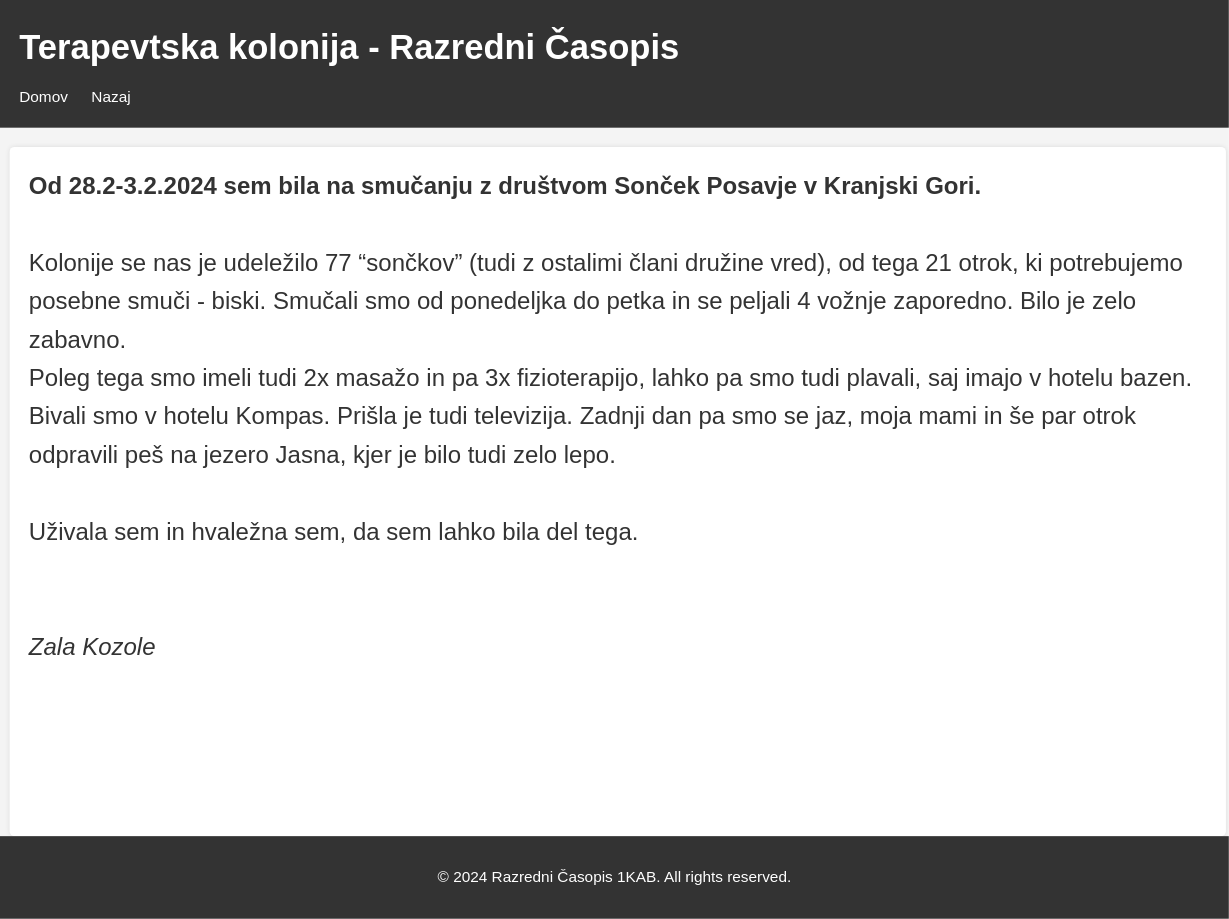
Repository: razrednicasopis/razrednicasopis.github.io
Page: Resources/terapevtskakolonija.html
The author's editor kept a copy of each file at every save. The page is drawn from the files as they stood at one save, then again after the next save.
The browser window is 1280 px wide. The pictures show the whole page, at 96% of full size.

Above is the page before, as saved 2024-03-12 12:52:59.
Console error: TypeError: Cannot read properties of null (reading 'addEventListener')

### Resources/terapevtskakolonija.html
<!DOCTYPE html>
<html lang="en">
<head>
    <meta charset="UTF-8">
    <meta name="viewport" content="width=device-width, initial-scale=1.0">
    <title>Terapevtska kolonija - Razredni Časopis</title>
    <link rel="stylesheet" href="system.css">
    <link rel="stylesheet" href="styless.css">
</head>
<body>

    <div class="blur-container">
    <header>
        <h1>Terapevtska kolonija - Razredni Časopis</h1>
        <nav>
          <ul>
            <li><a href="index.html">Domov</a></li>
            <li><a href="februar2024.html">Nazaj</a></li>
          </ul>
        </nav>
      </header>

<div class="člankimargin">
    <article>
        <div class="člankitext">
        <b>Od 28.2-3.2.2024 sem bila na smučanju z društvom Sonček Posavje v Kranjski Gori. </b><br><br>
Kolonije se nas je udeležilo 77 “sončkov” (tudi z ostalimi člani družine vred), od tega 21
otrok, ki potrebujemo posebne smuči - biski. Smučali smo od ponedeljka do petka in se
peljali 4 vožnje zaporedno. Bilo je zelo zabavno. <br>
Poleg tega smo imeli tudi 2x masažo in pa
3x fizioterapijo, lahko pa smo tudi plavali, saj imajo v hotelu bazen. <br>
Bivali smo v hotelu Kompas. Prišla je tudi televizija. Zadnji dan pa smo se jaz, moja mami in še par otrok
odpravili peš na jezero Jasna, kjer je bilo tudi zelo lepo. <br><br>
Uživala sem in hvaležna sem, da sem lahko bila del tega. <br><br><br>
            <i>Zala Kozole</i>
        </div>
    </article>
</div>


<footer>
    <p>&copy; 2024 Razredni Časopis 1KAB. All rights reserved.
    </footer>
</div>

<!--Pop-ups and other HTML code-->
<div id="maintenancePopup">
    <div id="maintenancePopupContent">
      <h1>POVEZAVA IZGUBLJENA</h1>
      <p>Povezava z strežnikom izgubljena zaradi vzdrževanja strani. Prosimo osvežite stran.</p>
      <button id="closeMaintenancePopupBtn">Osveži</button>
    </div>
  </div>

<script src="alerts.js"></script>
<script src="maintenancemode.js"></script>
</body>
</html>

### Resources/system.css
/* Koda za "Coming Soon" pop-up */

#popupContainer {
    display: none;
    position: fixed;
    top: 50%;
    left: 50%;
    transform: translate(-50%, -50%);
    background-color: #ffffff;
    box-shadow: 0 4px 8px rgba(0, 0, 0, 0.1);
    padding: 20px;
    border-radius: 10px;
    text-align: center;
    z-index: top;
  }

  #popupContent {
    max-width: 400px;
    margin: 0 auto;
  }

  #closePopupBtn {
    background-color: #3498db;
    color: #ffffff;
    padding: 10px 15px;
    border: none;
    border-radius: 5px;
    cursor: pointer;
  }

  #closePopupBtn:hover {
      background-color: #4da8e1;
  }

  #showPopupLink {
    display: inline-block;
    padding: 10px 15px;
    color: #ffffff;
    text-decoration: none;
    border-radius: 5px;
    cursor: pointer;
  }

body.popup-open {
   overflow: hidden;
}

.popup-open .blur-container {
  filter: blur(5px); /* Apply blur effect only when popup is open */
  pointer-events: none;
}

#maintenancePopup {
  display: none;
  position: fixed;
  top: 50%;
  left: 50%;
  transform: translate(-50%, -50%);
  background-color: #ffffff;
  box-shadow: 0 4px 8px rgba(0, 0, 0, 0.1);
  padding: 20px;
  border-radius: 10px;
  text-align: center;
  z-index: 999;
}

#maintenancePopupContent {
  max-width: 400px;
  margin: 0 auto;
}

#closeMaintenancePopupBtn {
  background-color: #3498db;
  color: #ffffff;
  padding: 10px 15px;
  border: none;
  border-radius: 5px;
  cursor: pointer;
  margin-top: 20px;
}

#closeMaintenancePopupBtn:hover {
  background-color: #4da8e1;
}

/* Koda za "Kontakt" obrazec */

#contactform {
    align-self: center;
    }

    .formcontainer {
      text-align: center;
      margin-top: 50px;
      display: flex;
      justify-content: center;
      align-items: flex-start; /* Align items at the top */
  }

  .border-box {
      display: inline-block;
      padding: 20px;
      width: 550px;
      height: 500px;
      border: 5px solid #333; /* Set your desired border color */
      border-radius: 30px; /* Set the border radius for slightly curved corners */
      background-color: #333; /* Set your desired background color inside the border */
  }

  form input,
form textarea {
    width: calc(100% - 40px); /* Adjusted width with a bit of padding on each side */
    padding: 10px; /* Increased padding for better readability */
    margin-bottom: 5px; /* Increased spacing between input areas */
    margin-top: 25px; /* Move input areas slightly lower */
    height: 40px; /* Increased height to make input areas bigger */
}

form select{
width: calc(100% - 40px); /* Adjusted width with a bit of padding on each side */
padding: 10px; /* Increased padding for better readability */
margin-bottom: 5px;
margin-top: 20px; /* Move input areas slightly lower */
height: 40px; /* Height of input areas */
border: 1px solid #ccc; /* Border style */
border-radius: 5px; /* Border radius */
font-size: 16px; /* Font size */
}

form textarea {
  height: 120px;
}

/* Form Submit Button Styles */

/* Your existing CSS code */
/* Koda za "Coming Soon" pop-up */

#popupContainer {
  display: none;
  position: fixed;
  top: 50%;
  left: 50%;
  transform: translate(-50%, -50%);
  background-color: #ffffff;
  box-shadow: 0 4px 8px rgba(0, 0, 0, 0.1);
  padding: 20px;
  border-radius: 10px;
  text-align: center;
  z-index: top;
}


#popupContent {
  max-width: 400px;
  margin: 0 auto;
}

#closePopupBtn {
  background-color: #3498db;
  color: #ffffff;
  padding: 10px 15px;
  border: none;
  border-radius: 5px;
  cursor: pointer;
}

#closePopupBtn:hover {
    background-color: #4da8e1;
}

#showPopupLink {
  display: inline-block;
  padding: 10px 15px;
  color: #ffffff;
  text-decoration: none;
  border-radius: 5px;
  cursor: pointer;
}

body.popup-open {
 overflow: hidden;
}

body.blur {
filter: blur(5px);
pointer-events: none;
z-index: 1;
}

/* Koda za "Kontakt" obrazec */

#contactform {
  align-self: center;
}

.formcontainer {
  text-align: center;
  margin-top: 50px;
  display: flex;
  justify-content: center;
  align-items: flex-start; /* Align items at the top */
}

.border-box {
  display: inline-block;
  padding: 20px;
  width: 550px;
  height: 500px;
  border: 5px solid #333; /* Set your desired border color */
  border-radius: 30px; /* Set the border radius for slightly curved corners */
  background-color: #333; /* Set your desired background color inside the border */
}

form input,
form textarea {
  width: calc(100% - 40px); /* Adjusted width with a bit of padding on each side */
  padding: 10px; /* Increased padding for better readability */
  margin-bottom: 5px; /* Increased spacing between input areas */
  margin-top: 25px; /* Move input areas slightly lower */
  height: 40px; /* Increased height to make input areas bigger */
}

form select{
width: calc(100% - 40px); /* Adjusted width with a bit of padding on each side */
padding: 10px; /* Increased padding for better readability */
margin-bottom: 5px;
margin-top: 20px; /* Move input areas slightly lower */
height: 40px; /* Height of input areas */
border: 1px solid #ccc; /* Border style */
border-radius: 5px; /* Border radius */
font-size: 16px; /* Font size */
}

form textarea {
height: 120px;
}

/* Combined CSS for Blob Button */

*, *:before, *:after {
  box-sizing: border-box;
  margin: 0;
  padding: 0;
}

.buttons {
  margin-top: 2 0px;
  text-align: center;
  border-radius: 30px;
}

.blob-btn {
  z-index: 1;
  position: relative;
  padding: 20px 150px;
  margin-bottom: 40px;
  margin-top: 10px;
  text-align: center;
  text-transform: uppercase;
  color: #0505A9;
  font-size: 16px;
  font-weight: bold;
  background-color: transparent;
  outline: none;
  border: none;
  transition: color 0.5s;
  cursor: pointer;
  border-radius: 30px;
}
.blob-btn:before {
  content: "";
  z-index: 1;
  position: absolute;
  left: 0;
  top: 0;
  width: 100%;
  height: 100%;
  border: 2px solid #0505A9;
  border-radius: 30px;
}
.blob-btn:after {
  content: "";
  z-index: -2;
  position: absolute;
  left: 3px;
  top: 3px;
  width: 100%;
  height: 100%;
  transition: all 0.3s 0.2s;
  border-radius: 30px;
}
.blob-btn:hover {
  color: #FFFFFF;
  border-radius: 30px;
}
.blob-btn:hover:after {
  transition: all 0.3s;
  left: 0;
  top: 0;
  border-radius: 30px;
}
.blob-btn__inner {
  z-index: -1;
  overflow: hidden;
  position: absolute;
  left: 0;
  top: 0;
  width: 100%;
  height: 100%;
  border-radius: 30px;
  background: #ffffff;
}
.blob-btn__blobs {
  position: relative;
  display: block;
  height: 100%;
  filter: url("#goo");
}
.blob-btn__blob {
  position: absolute;
  top: 2px;
  width: 30%;
  height: 100%;
  background: #0505A9;
  border-radius: 100%;
  transform: translate3d(0, 150%, 0) scale(1.7);
  transition: transform 0.45s;
}
@supports (filter: url("#goo")) {
  .blob-btn__blob {
    transform: translate3d(0, 150%, 0) scale(1.4);
  }
}
.blob-btn__blob:nth-child(1) {
  left: 0%;
  transition-delay: 0s;
}
.blob-btn__blob:nth-child(2) {
  left: 30%;
  transition-delay: 0.08s;
}
.blob-btn__blob:nth-child(3) {
  left: 60%;
  transition-delay: 0.16s;
}
.blob-btn__blob:nth-child(4) {
  left: 90%;
  transition-delay: 0.24s;
}
.blob-btn:hover .blob-btn__blob {
  transform: translateZ(0) scale(1.7);
}

/* Define the keyframes for the pulse effect */
@keyframes pulse {
  0% {
    box-shadow: 0 0 0 0 rgba(255, 255, 255, 0.7); /* Initial box shadow color, adjust to match button color */
  }
  50% {
    box-shadow: 0 0 0 20px rgba(255, 255, 255, 0); /* Intermediate box shadow color */
  }
  100% {
    box-shadow: 0 0 0 0 rgba(255, 255, 255, 0); /* Final box shadow color */
  }
}

/* Apply the animation to the button when it's clicked or focused */
.blob-btn:active, .blob-btn:focus {
  animation: pulse 0.3s ease-in-out; /* Adjust the duration to control the pulse speed */
}

@supports (filter: url("#goo")) {
  .blob-btn:hover .blob-btn__blob {
    transform: translateZ(0) scale(1.5);
  }
}

/* CSS za uro */

.clock {
  margin-top: 6cm;
  text-align: center;
  font-size: 3em;
}

/*CSS za vse stranske nav skupine razen za glavno */

.seznamvsebin {
  display: inline-block;
  vertical-align: bottom;
  width: calc(20% - 4px); /* Adjust width to accommodate border */
  box-sizing: border-box;
  margin: 40px;
  border: 3px solid #000; /* Border thickness */
  height: 750px; /* Set desired height */
  /* Additional styling for seznamvsebin if needed */
  background-color: #f2f2f2;

}

.seznamvsebin nav {
    justify-content: center;
    padding: 30px;

}

.seznamvsebin nav a {
      display: inline-block;
      padding: 5px 10px;
      color: #000000;
      text-align: center;
      text-decoration: none;
      margin-bottom: 5px;
      border: 2px, transparent;
      border-radius: 5px;
      transition: linear, border 0.1s linear;
      font-weight: bold;
}


.seznamvsebin nav a:hover {
    background-color: #e0e0e0;
    border: 2px solid #000000
}

.NoviceContent {
  float: right; /* Align to the right */
  width: calc(80% - 250px); /* Adjusted width */
  box-sizing: border-box;
  margin-top: 100px;
}

.NoviceContent p {
  margin-bottom: 20px;
}

#dynamicText {
  float: right; /* Align to the right */
  width: calc(89% - 250px); /* Adjusted width */
  box-sizing: border-box;
  margin-top: 90px;
}

#dynamicText article {
  width: 99%;
}

/* Pravila Obrazca CSS */

.pravilaobrazca {
  height: 630px;
}

.pravilaobrazca_opozorilo {
  margin-top: 275px; /* Keeps this div at the bottom */
  color: #666; /* Change text color if desired */
}

/* Random CSS */

/* CSS for the admin credits list */

.creditscontainer {
  display: flex;
  flex-wrap: wrap;
}

.creditslist {
  flex: 1;
  margin: 10px;
  padding: 0;
  list-style-type: none;
}

.creditslist li {
  margin-bottom: 5px;
}

.adminlist article {
  min-height: 225px;
}

/* Članki CSS */

.člankimargin {
  margin-top: 20px;
}

.člankimargin article {
  width: 99%;
  margin-left: 10px;
  height: 19cm;
}

.člankitext {
  margin-bottom: 75px;
  font-size: 25px;
}

.člankitext2 {
  font-size: 14.5px;
}

.člankitext3 {
  font-size: 18px;
}

#vitin_spis {
  font-size: 20px;
}

#grinchtext {
  font-size: 20px;
}

#grinchimg img {
  width: 20%;
  height: 20%
}

/* CSS za mediji.html */

.shrambaslik {
  float: right; /* Align to the right */
  width: calc(89% - 250px); /* Adjusted width */
  box-sizing: border-box;
  margin-top: 90px;
}

.shrambaslik img[id="1"] {
  width: 25%;
  height: 25%;
}

.shrambaslik img[id="2"] {
  width: 10%;
  height: 5%;
  margin-left: 2%;
}

### Resources/styless.css
* {
  margin: 0;
  padding: 0;
  box-sizing: border-box;
}

/* Globalni slogi */
body {
  font-family: Arial, sans-serif;
  line-height: 1.6;
  background-color: #f4f4f4;
  color: #333;
  margin: 0;
  padding: 0;
  max-height: 100vh;
}


.container {
    text-align: center;
    margin-top: 50px;
}

.border-box {
    display: inline-block;
    padding: 200px;
    width: 550px;
    height: 500px;
    border: 5px solid #333; /* Set your desired border color */
    border-radius: 30px; /* Set the border radius for slightly curved corners */
    background-color: #333; /* Set your desired background color inside the border */
}

header {
  background: #333;
  color: #fff;
  padding: 20px;
}

header h1 {
  margin-bottom: 10px;
  font-size: 36px;
}

nav ul {
  list-style: none;
}

nav ul li {
  display: inline;
  margin-right: 20px;
}

nav ul li a {
  color: #fff;
  text-decoration: none;
}

main {
  padding: 20px;
}

section {
  margin-bottom: 30px;
}

section h2 {
  margin-bottom: 15px;
}

article {
  background: #fff;
  padding: 20px;
  border-radius: 5px;
  box-shadow: 0 0 5px rgba(0, 0, 0, 0.1);
}

article h3 {
  margin-bottom: 10px;
}

article p {
  color: #666;
}

article a {
  display: inline-block;
  margin-top: 10px;
  text-decoration: none;
  color: #333;
  border-bottom: 1px solid #333;
  padding-bottom: 2px;
}

article a:hover {
  color: #000;
  border-color: #000;
}



footer {
  text-align: center;
  padding: 30px;
  background-color: #333;
  color: #fff;
  position: absolute;
  bottom: auto;
  width: 100%;
  text-align: center;
}

### Resources/alerts.js
 document.addEventListener('DOMContentLoaded', function () {
        document.querySelectorAll('.showPopupLink').forEach(function (link) {
            link.addEventListener('click', function (event) {
                event.preventDefault();
                document.getElementById('popupContainer').style.display = 'block';
                document.body.classList.add('popup-open');
            });
        });

        document.getElementById('closePopupBtn').addEventListener('click', function () {
            document.getElementById('popupContainer').style.display = 'none';
            document.body.classList.remove('popup-open');
        });
    });

    //Maintenance mode pop-up

    document.addEventListener('DOMContentLoaded', function ()  {
        function toggleMaintenancePopup(show) {
            var maintenancePopup = document.getElementById('maintenancePopup');
            if (maintenancePopup) {
                maintenancePopup.style.display = show ? 'block' : 'none';
                document.body.classList.toggle('popup-open', show);
                console.log(Error);
            }
        }


    function checkMaintenanceStatus() {
        setInterval(function () {


            toggleMaintenancePopup(maintenanceMode);

        }, 1000);
    }

    document.getElementById('closeMaintenancePopupBtn').addEventListener('click', function ()  {
        location.reload();
    });

    checkMaintenanceStatus();
});

Loaded but not shown: Resources/maintenancemode.js (no stored copy; drawn as an empty file)

After the next save:
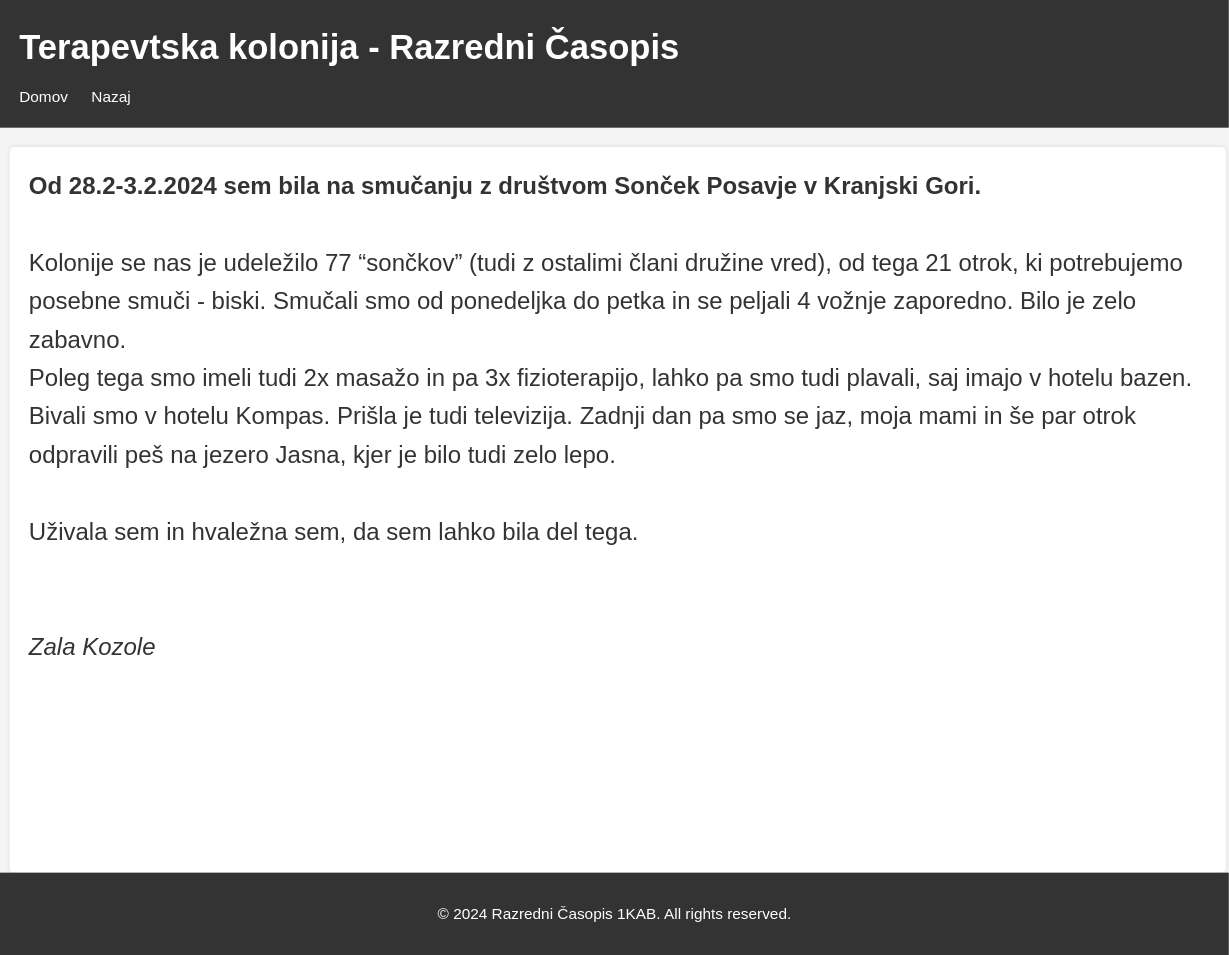
Saved 5 s later.
--- a/Resources/system.css
+++ b/Resources/system.css
@@ -490,7 +490,7 @@ height: 120px;
 .člankimargin article {
   width: 99%;
   margin-left: 10px;
-  height: 19cm;
+  height: 20cm;
 }
 
 .člankitext {
